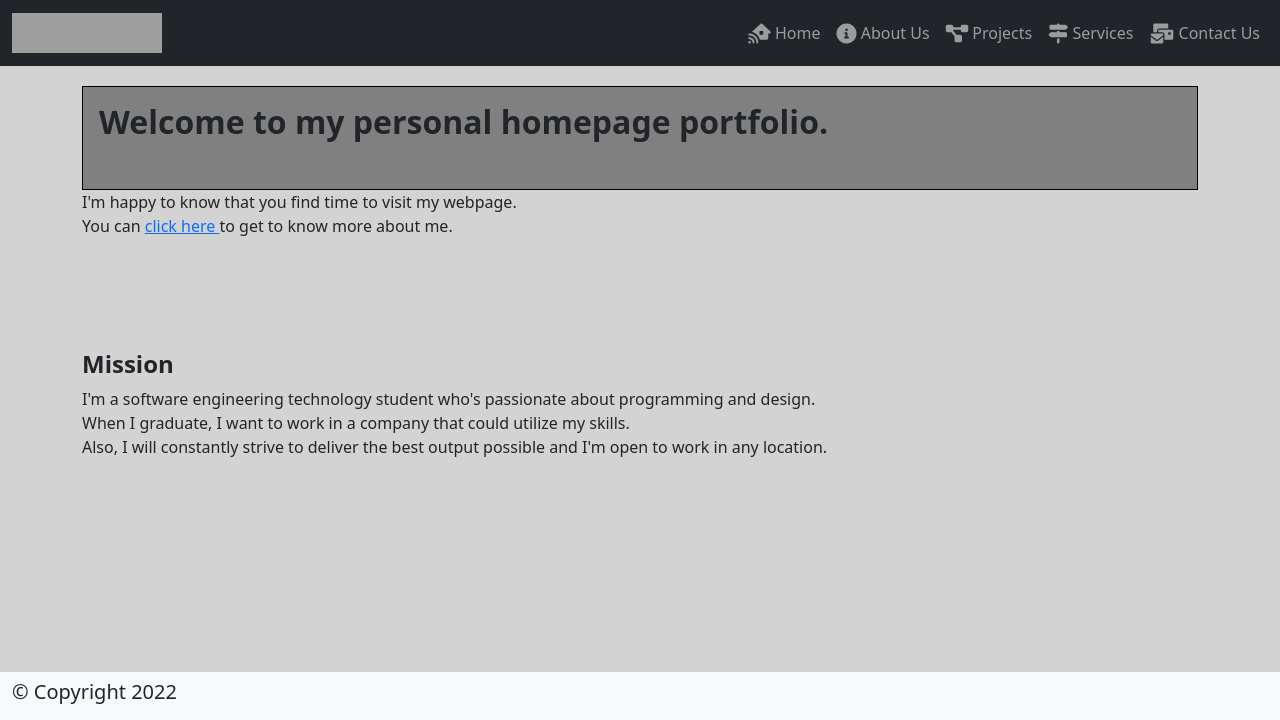
Repository: acarino4/Express-Portfolio-Site
Page: http://localhost/
These files come from the project's save history. The page is drawn as it stood at one moment and after the next save; the edit follows.
The browser window is 1280 px wide. The pictures show the whole page.
Pictures or frames that could not be fetched are drawn as grey boxes. The page is served by the project's Node server (server.js).

Above is the page before, as saved 2022-10-08 18:52:42.

After the next save:
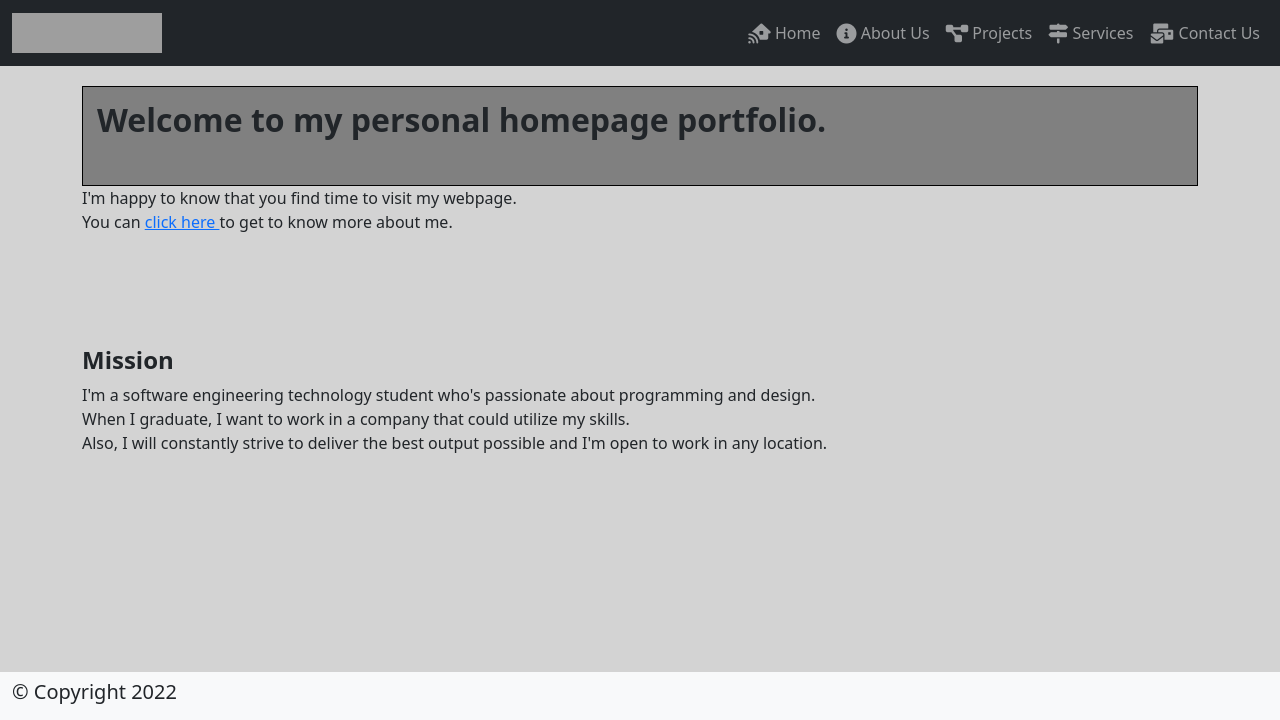
Saved 7 s later.
--- a/Server/Views/content/home.ejs
+++ b/Server/Views/content/home.ejs
@@ -12,7 +12,7 @@
         }
         .div1 {
             border: 1px solid black;
-            padding: 16px;
+            padding: 14px;
             background-color: grey;
         }
 
